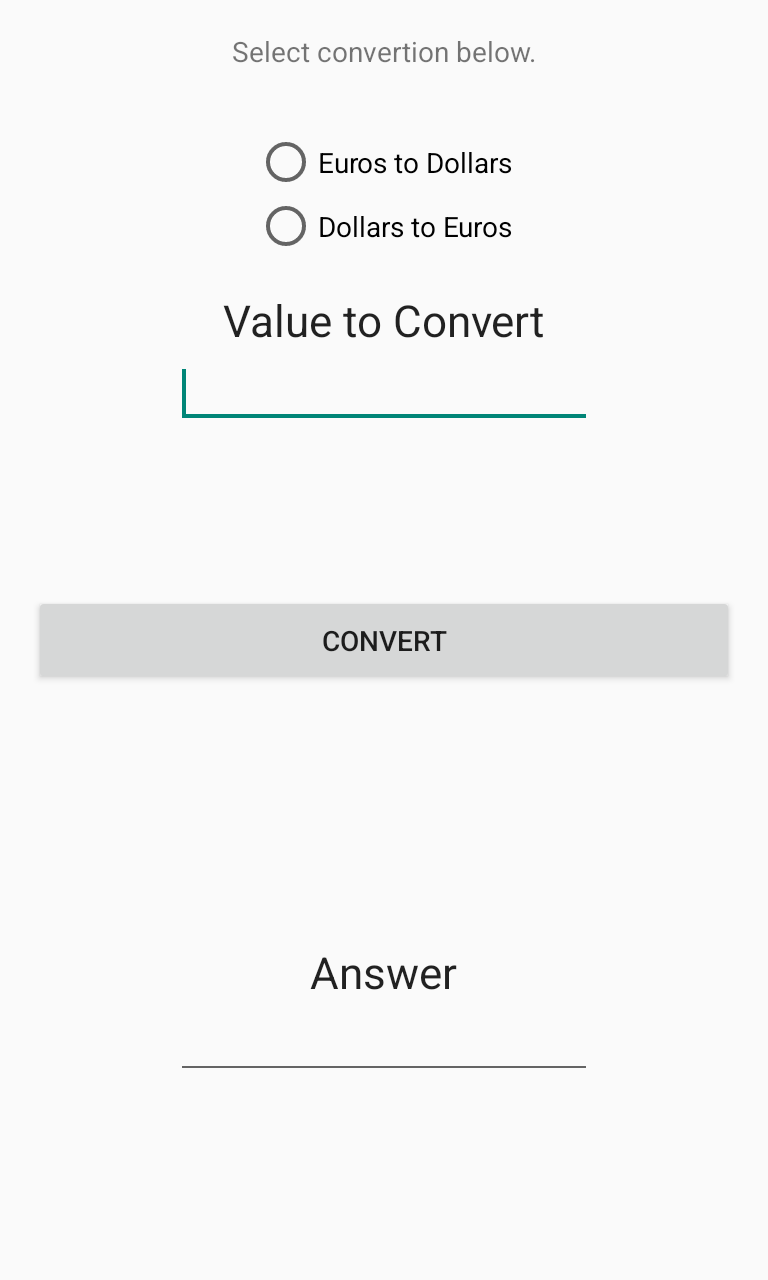
Repository: awayzo/6300Fall14Assignment4
Layout: UnitConvertor/res/layout/activity_currency.xml
The author's editor kept a copy of each file at every save. The layout is drawn from the files as they stood at one save, then again after the next save.
It is drawn on a 768 x 1280 px phone screen (xhdpi) without system bars, with theme AppTheme; the app's code is not run.

Above is the layout before, as saved 2014-09-27 07:29:23.

After the next save:
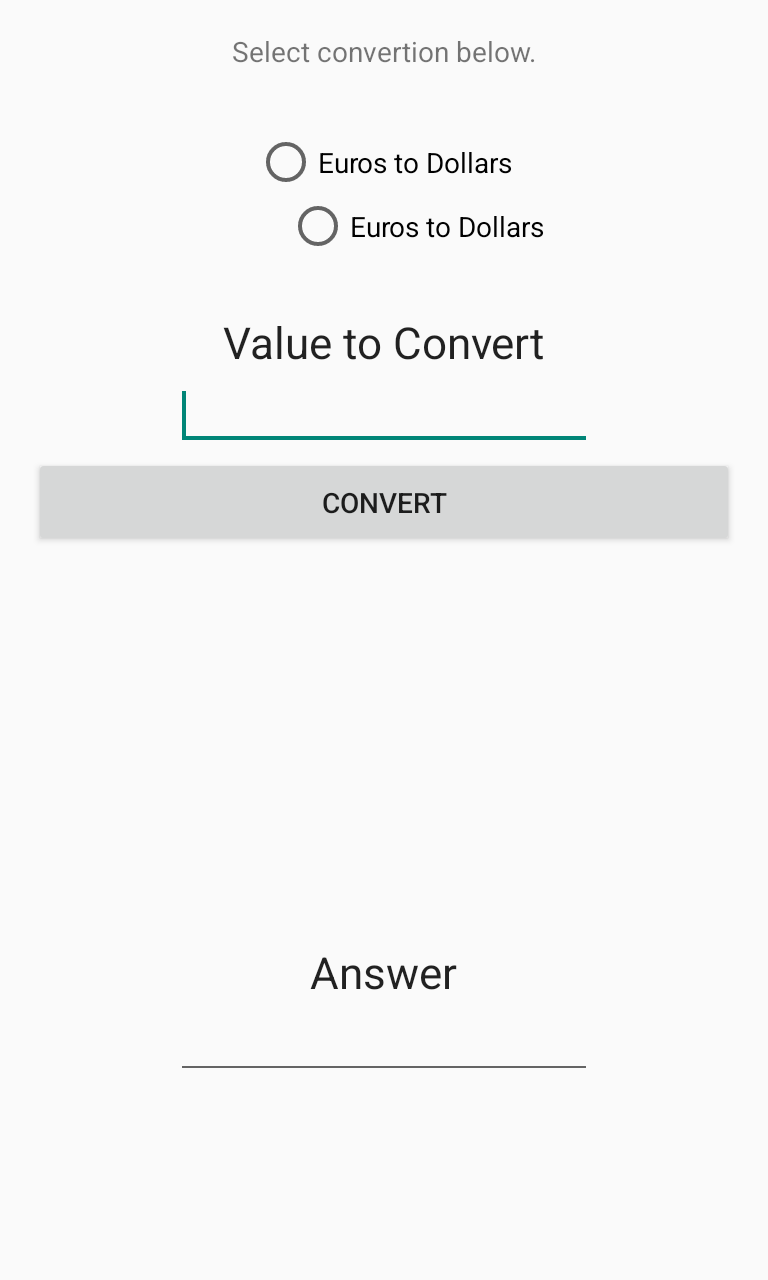
Saved 48 s later.
--- a/UnitConvertor/res/layout/activity_currency.xml
+++ b/UnitConvertor/res/layout/activity_currency.xml
@@ -36,6 +36,7 @@
 
         <requestFocus />
     </EditText>
+
     <EditText
         android:id="@+id/txtAnswer"
         android:layout_width="wrap_content"
@@ -50,26 +51,26 @@
         android:id="@+id/radioEurosToDollars"
         android:layout_width="wrap_content"
         android:layout_height="wrap_content"
-        android:layout_alignLeft="@+id/MilesToKilometers"
         android:layout_below="@+id/lblTitle_Currency"
+        android:layout_centerHorizontal="true"
         android:layout_marginTop="30dp"
         android:text="Euros to Dollars" />
 
     <RadioButton
-        android:id="@+id/MilesToKilometers"
+        android:id="@+id/RadioButton01"
         android:layout_width="wrap_content"
         android:layout_height="wrap_content"
+        android:layout_alignRight="@+id/lblValue"
         android:layout_below="@+id/radioEurosToDollars"
-        android:layout_centerHorizontal="true"
-        android:text="Dollars to Euros" />
+        android:text="Euros to Dollars" />
 
     <TextView
         android:id="@+id/lblValue"
         android:layout_width="wrap_content"
         android:layout_height="wrap_content"
-        android:layout_below="@+id/MilesToKilometers"
+        android:layout_below="@+id/RadioButton01"
         android:layout_centerHorizontal="true"
-        android:layout_marginTop="16dp"
+        android:layout_marginTop="27dp"
         android:text="Value to Convert"
         android:textAppearance="?android:attr/textAppearanceLarge" />
 
@@ -77,8 +78,8 @@
         android:id="@+id/btnConvert"
         android:layout_width="match_parent"
         android:layout_height="wrap_content"
+        android:layout_below="@+id/txtValue"
         android:layout_centerHorizontal="true"
-        android:layout_centerVertical="true"
         android:text="Convert" />
 
 </RelativeLayout>
